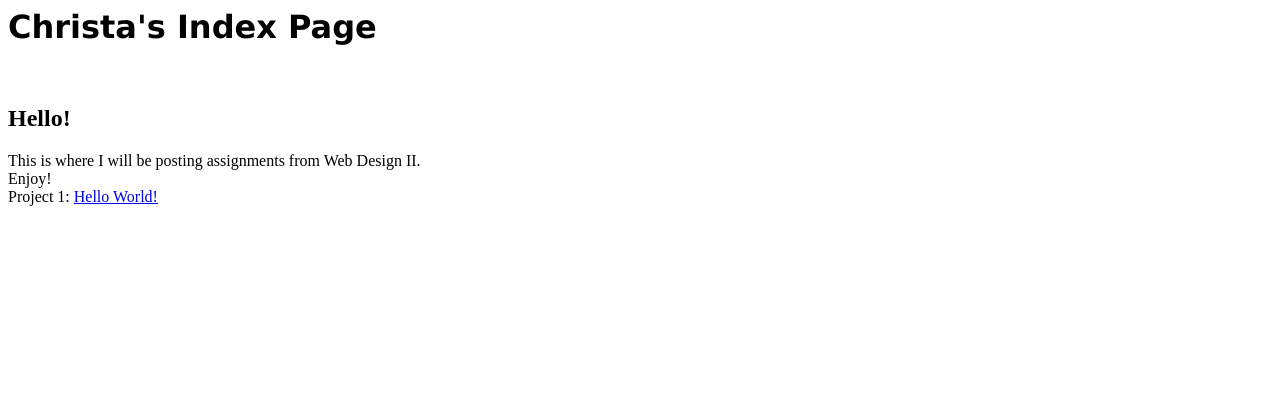
Repository: cbickhar/cbickhar.github.io
Page: index.html
The author's editor kept a record of every edit. The page is drawn from the files as they stood at one moment, then again after the next edit.
The browser window is 1280 px wide. The pictures show the whole page.

Above is the page before.

### index.html
<html>
    <head>
        <title>Christa's Index Page</title>
        <h1 style="font-family:verdana">Christa's Index Page</h1>
        <br>
        <h2>Hello!</h2>
    </head>
    <body>
        This is where I will be posting assignments
        from Web Design II.
        <br>
        Enjoy!
        <br>
        Project 1: <a href="cbickhar_github_io/project_1.html">Hello World!</a>
    </body>
</html>

After the next edit:
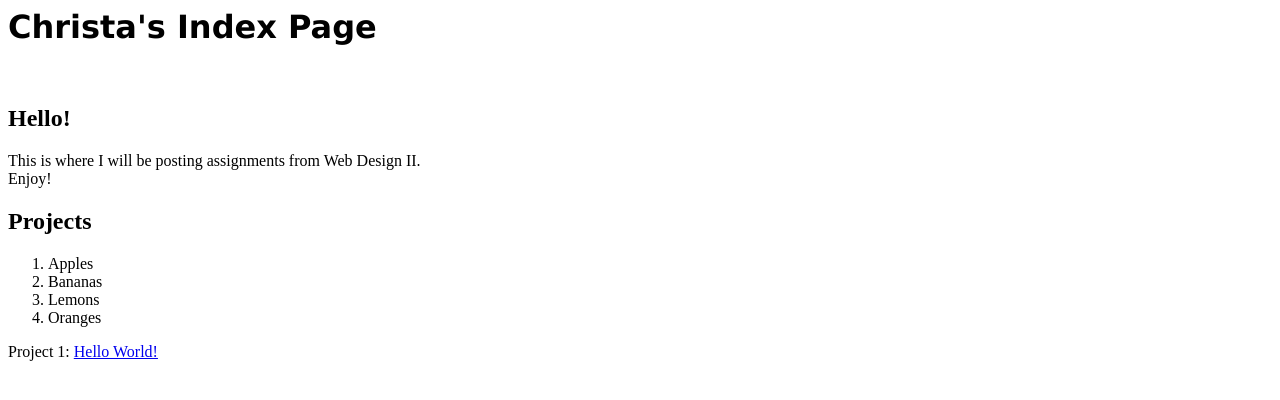
The edit:
--- a/index.html
+++ b/index.html
@@ -11,6 +11,14 @@
         <br>
         Enjoy!
         <br>
+        <h2>Projects</h2>
+
+<ol type="1">
+ <li>Apples</li>
+ <li>Bananas</li>
+ <li>Lemons</li>
+ <li>Oranges</li>
+</ol>
         Project 1: <a href="cbickhar_github_io/project_1.html">Hello World!</a>
     </body>
 </html>
